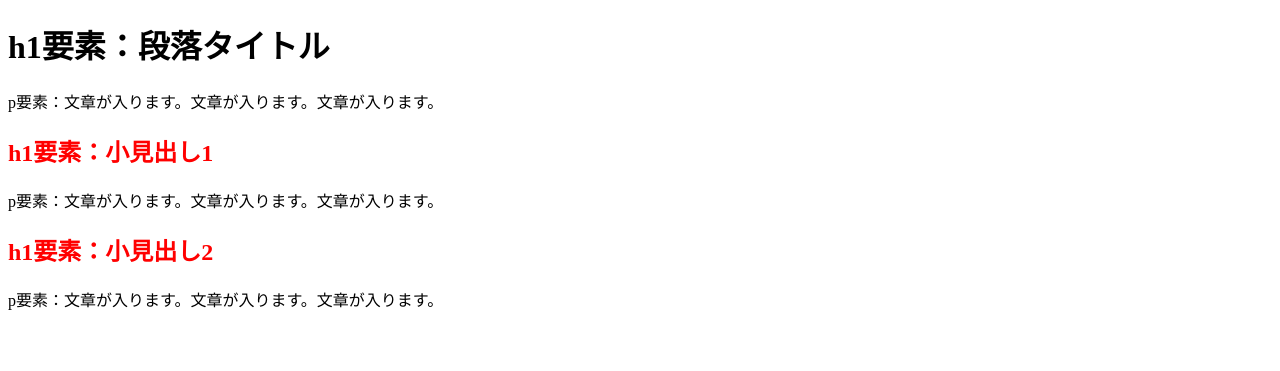
Repository: KENRYU-96645/samurai_HTML-CSS
Page: index.html
The author's editor kept a record of every edit. The page is drawn from the files as they stood at one moment, then again after the next edit.
The browser window is 1280 px wide. The pictures show the whole page.

Above is the page before.

### index.html
<!DOCTYPE html>
<html lang="ja">
<head>
  <meta charset="UTF-8">
  <title>HTML/CSSの学習</title>
  <style>
    h2 {
      color: red;
    }
  </style>
</head>
<body>
  <h1>h1要素：段落タイトル</h1>
  <p>p要素：文章が入ります。文章が入ります。文章が入ります。</p>
   <h2>h1要素：小見出し1</h2>
  <p>p要素：文章が入ります。文章が入ります。文章が入ります。</p>
   <h2>h1要素：小見出し2</h2>
  <p>p要素：文章が入ります。文章が入ります。文章が入ります。</p>
</body>
</html>

After the next edit:
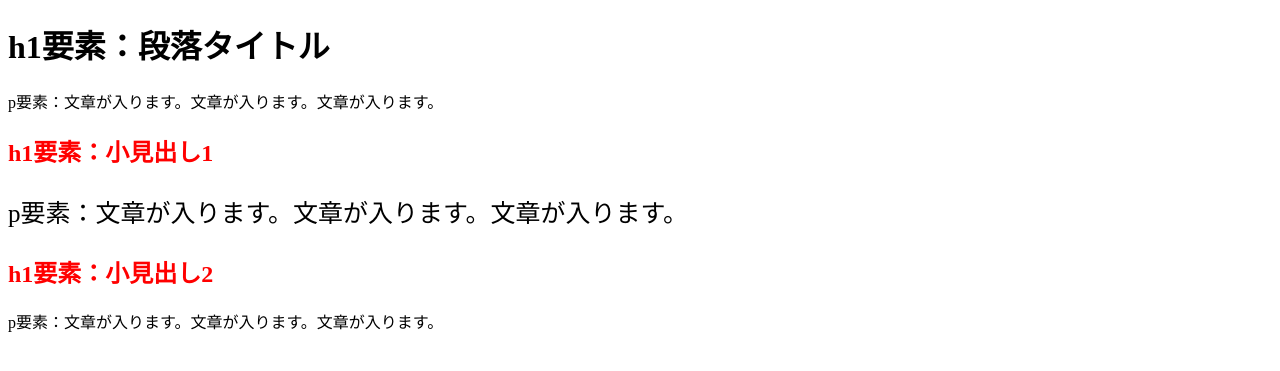
The edit:
--- a/index.html
+++ b/index.html
@@ -13,7 +13,7 @@
   <h1>h1要素：段落タイトル</h1>
   <p>p要素：文章が入ります。文章が入ります。文章が入ります。</p>
    <h2>h1要素：小見出し1</h2>
-  <p>p要素：文章が入ります。文章が入ります。文章が入ります。</p>
+  <p style="font-size: 25px;">p要素：文章が入ります。文章が入ります。文章が入ります。</p>
    <h2>h1要素：小見出し2</h2>
   <p>p要素：文章が入ります。文章が入ります。文章が入ります。</p>
 </body>
